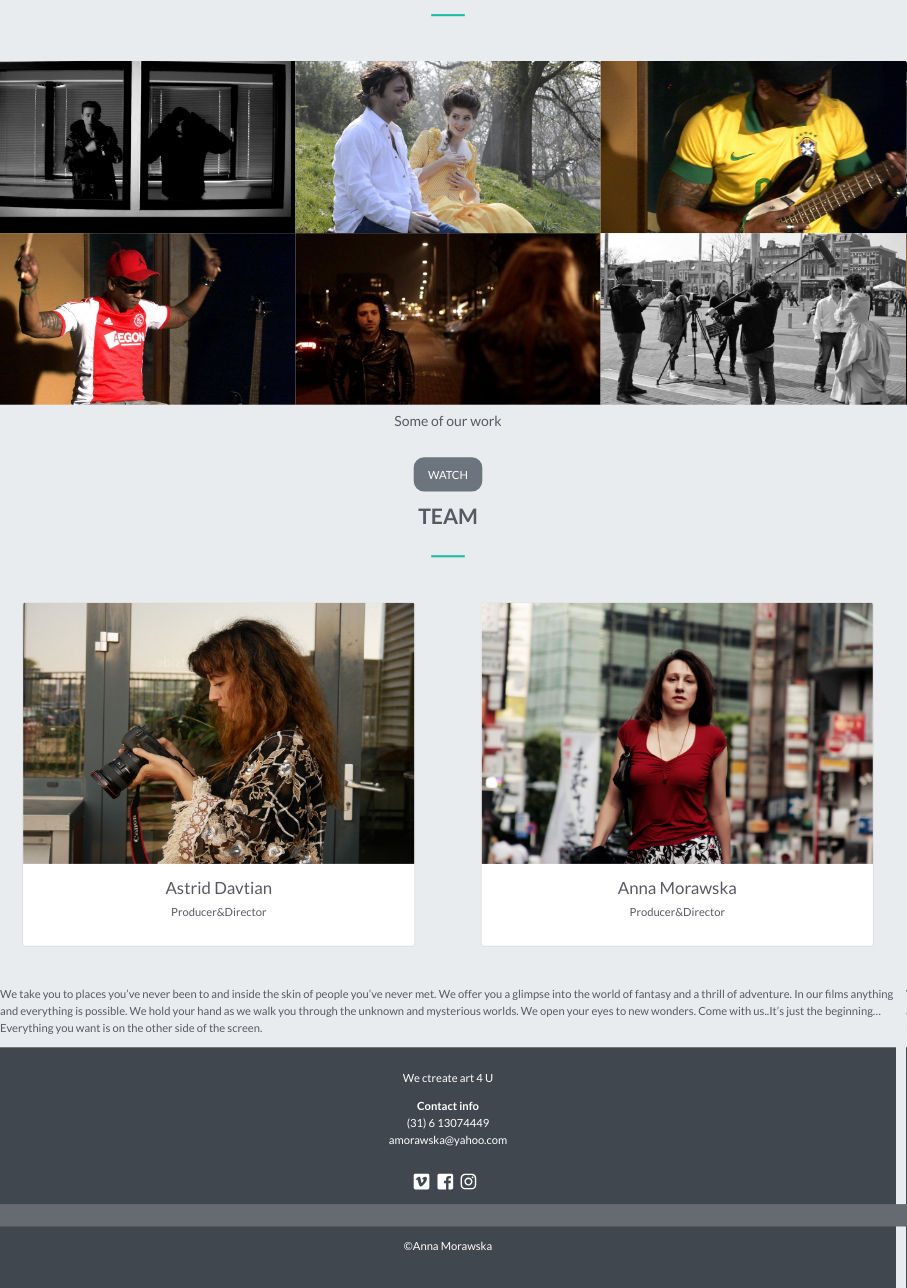
Repository: amorawskanew/My-first-website1
Page: index.html
The author's editor kept a record of every edit. The page is drawn from the files as they stood at one moment, then again after the next edit.
The browser window is 1280 px wide. The page is 1295 px wide, so the pictures cover 1295 px, including what lies to the right of the window. The pictures show the part of the page from y = 823 to 2703 px (the page is 2663 px tall before and 2703 px after), at 70% of full size.
Some web fonts or font styles are not loaded; a fallback is used. Some web libraries are served in a nearby version.

Above is the page before.

### index.html
<!DOCTYPE html>
<html lang="en">

<head>
  <meta charset="UTF-8">
  <meta name="viewport" content="width=device-width, initial-scale=1.0">
  <meta http-equiv="X-UA-Compatible" content="ie=edge">
  <link rel="stylesheet" href="https://maxcdn.bootstrapcdn.com/bootstrap/4.2.1/css/bootstrap.min.css" type="text/css" />
  <link rel="stylesheet" href="https://maxcdn.bootstrapcdn.com/font-awesome/4.7.0/css/font-awesome.min.css" type="text/css" />

  <link rel="stylesheet" href="style.css">
  <link rel="stylesheet" href="css/fixed.css">
</head>

<body data-spy="scroll" data-target="#navbarResponsive">

  <!--start home section-->

  <div id="home">

    <!--Navigation-->

    <nav class="navbar navbar-expand-md navbar-dark bg-dark fixed-top">

      <p>A&A</p>
      <button class="navbar-toggler" type="button" data-toggle="collapse" data-target="#navbarResponsive">
     <span class="navbar-toggler-icon"></span>
 </button>

      <div class="collapse navbar-collapse" id="navbarResponsive">
        <ul class="navbar-nav ml-auto">
          <li class="nav-item">
            <a class="nav-link" href="#home">Home</a>
          </li>
          <li class="nav-item">
            <a class="nav-link" href="#portfolio">Portfolio</a>
          </li>
          <li class="nav-item">
            <a class="nav-link" href="#team">Team</a>
          </li>
          <li class="nav-item">
            <a class="nav-link" href="#contact">Contact</a>
          </li>
        </ul>
      </div>
    </nav>




    <!--start image slider-->
    <div id="carouselExampleIndicators" class="carousel slide" data-ride="carousel" data-interval="7000">
      <ol class="carousel-indicators">
        <li data-target="#carouselExampleIndicators" data-slide-to="0" class="active"></li>
        <li data-target="#carouselExampleIndicators" data-slide-to="1"></li>
        <li data-target="#carouselExampleIndicators" data-slide-to="2"></li>
      </ol>
      <div class="carousel-inner" role="listbox">
        <!--slide 1-->
        <div class="carousel-item active" style="background-image: url(img/Frame-2.jpg);" alt="img/img/Frame-2.jpg">
          <div class="carousel-caption text-center">
            <h1>We tell stories</h1>
            <a class="button btn-outline-light btn-lg" href="#portfolio"> See more</a>
          </div>
        </div>

        <!--slide 2-->
        <div class="carousel-item" style="background-image: url(img/FRAMe_3.jpg);" alt="img/FRAMe_3.jpg"></div>

        <!--slide 3-->
        <div class="carousel-item" style="background-image: url(img/W.Haarlem.shooting.jpg);" alt="img/W.Haarlem.shooting.jpg"></div>
      </div>

      <!--end carousel-inner-->

      <!--prev&next buttons-->

      <a class="carousel-control-prev" href="#carouselExampleIndicators" role="button" data-slide="prev">
    <span class="carousel-control-prev-icon" aria-hidden="true"></span>
    <span class="sr-only">Previous</span>
  </a>
      <a class="carousel-control-next" href="#carouselExampleIndicators" role="button" data-slide="next">
    <span class="carousel-control-next-icon" aria-hidden="true"></span>
    <span class="sr-only">Next</span>
  </a>
    </div>

    <!--end of image slider-->


  </div>


  <!--end home section-->


  <!--start PORTFOLIO SECTION-->

  <div id="portfolio" class="offset">

    <div class="jumbotron container-fluid">
      <h3 class="heading">Portfolio</h3>
      <div class="heading-underline"></div>
    </div>


    <div class="row no-padding">

      <div class="col-sm-4">
        <div class="portfolio>">
          <a href="img/W.Film Noir.jpg" target="_blank">
          <img src="img/W.Film Noir.jpg">
          </a>
        </div>
      </div>



      <div class="col-sm-4">
        <div class="portfolio>">
          <a href="img/W.Holoream.jpg" target="_blank">
          <img src="img/W.Holoream.jpg">
          </a>
        </div>
      </div>


      <div class="col-sm-4">
        <div class="portfolio>">

          <a href="img/W.Milan.jpg" target="_blank">
          <img src="img/W.Milan.jpg">
          </a>
        </div>
      </div>


      <div class="col-sm-4">
        <div class="portfolio>">
          <a href="img/W.Milan1.jpg" target="_blank">
          <img src="img/W.Milan1.jpg">
          </a>
        </div>
      </div>



      <div class="col-sm-4">
        <div class="portfolio>">
          <a href="img/W.Tommy.Video.jpg" target="_blank">
          <img src="img/W.Tommy.Video.jpg">
          </a>
        </div>
      </div>


      <div class="col-sm-4">
        <div class="portfolio>">
          <a href="img/W.PjDexEpZSQCEN6ft97mkTA_thumb_f36.jpg" target="_blank">
          <img src="img/W.PjDexEpZSQCEN6ft97mkTA_thumb_f36.jpg">
          </a>
        </div>
      </div>

    </div>

    <div class="narrow text-center">
      <div class="col-12">
        <p class="lead"> Some of our work</p>
        <a class="btn btn-secondary btn-md" href="https://vimeo.com/335774954" target="_blank">WATCH</a>

      </div>

    </div>


  </div>

  <!--end row->



    </div><!--end jumbotron-->



  <!--end portfolio section-->

  <!--start team section-->
  <div class=wrapper>
    <div id="team" class="offset">
      <div class="col-12 text-center">
        <h3 class="heading">Team</h3>
        <div class="heading-underline"></div>
      </div>
      <div class="row padding">
        <div class="col-md-6">
          <div class="card text-center">
            <img class="card-img-top" src="img/W.ASTRID.jpg">
            <div class="card-body">
              <h4>Astrid Davtian</h4>
              <p>Producer&Director</p>
            </div>
          </div>
        </div>

        <div class="col-md-6">
          <div class="card text-center">
            <img class="card-img-top" src="img/054.JPG ">
            <div class="card-body">
              <h4>Anna Morawska</h4>
              <p>Producer&Director</p>
            </div>
          </div>
        </div>

      </div>
      <!--end of row-->
    </div>
  </div>

  <!--end team section-->
<!--text-->
  <div>
   <br> <p>We take you to places you’ve never been to and inside the skin of people you’ve never met. We offer you a glimpse into the world of fantasy and a thrill of adventure.

    In our films anything and everything is possible. We hold your hand as we walk you through the unknown and mysterious worlds. We open your eyes to new wonders.
    Come with us..It’s just the beginning…Everything you want is on the other side of the screen.</p>
    </p>
  </div>

  <!--start contact section-->
  <footer>

    <div id="contact" class="offset"></div>
    <div class="row justify-content-center">
      <div class="col-md-5">
        <p> We ctreate art 4 U </p>
        <strong>Contact info</strong>
        <p>(31) 6 13074449<br>amorawska@yahoo.com</p>
        <a href="https://vimeo.com/manage/videos" target="_blank"><i class="fab fa-vimeo" aria-hidden="true"></i></a>
        <a href="https://www.facebook.com/anna.morawska" target="_blank"><i class="fab fa-facebook-square"></i></a>
        <a href="https://www.instagram.com/morawska690/" target="_blank"><i class="fab fa-instagram"></i></a>
      </div>
      <hr class="socket"> &copy;Anna Morawska

    </div>
    <!--end of row-->
  </footer>

  <!--end-->


  <script src=" https://use.fontawesome.com/releases/v5.6.1/js/all.js"></script>
  <script src="https://code.jquery.com/jquery-3.4.1.slim.min.js"></script>
  <script src="https://cdnjs.cloudflare.com/ajax/libs/popper.js/1.15.0/umd/popper.min.js"></script>
  <script src="https://stackpath.bootstrapcdn.com/bootstrap/4.3.1/js/bootstrap.min.js"></script>

</body>

</html>

### style.css
@import url('https://fonts.googleapis.com/css?family=Lato:400,700');
@import url('https://fonts.googleapis.com/css?family=Raleway,:300,400,500,700,900');
@import url('https://fonts.googleapis.com/css?family=Great+Vibes&display=swap |font-effect-fire-animation');

body {

    overflow-x: hidden;
    font-family: 'Lato', sans-serif;
    color: #585962;
     background-color:#e9ecef;
    width:100%;



}

.offset:before {
    height: 3.8rem;
    margin-top: -3.8rem;
    content: "";
    display: block;

}

/*Navbar style*/

.navbar {
    text-transform: uppercase;
    font-weight: 700;
    font-size: .9rem;
    background: rgba(0, 0, 0, .6);
    color:white;

}

.navbar-nav li {
    padding-right: .7rem;

}

.navbar-dark .navbar-nav .nav-link {

    color: white;
    padding-top: .8rem;
}

.navbar-dark .navbar-nav .nav-link .active,
.navbar-dark .navbar-nav .nav-link:hover {
    color: #f54295;
}

/*--slider--*/


.carousel-item {
    height: 100vh;
    background-size: cover;
    background-repeat: no-repeat;
    width:100%;

}

/*---remove it---*/
.carousel-caption h1{
    font-size:6rem;
    font-weight  :500;
     font-family: 'Great Vibes';
    color:white;
    text-align:center;
    background-color:no;
    margin-bottom:15rem;
    text-shadow:.1rem .1rem .5rem black;
}

/*---up to here--*/

.btn-lg {
    border-width: medium;
    border-radius: 10px;
    font-size: 1.1rem;
    text-transform: uppercase;
}


/*-----*/



.btn-md {
    border-width: medium;
    border-radius: 15px;
    padding: .6rem 1.1rem;
    text-transform: uppercase;
    margin: 1rem;
}

/* text above portfolio--*/

.jumbotron {
    border-radius: 0;
    padding: 3rem 0 2rem;
    margin-bottom:0;

}

 .heading  {
    font-size: 1.9rem;
    font-weight: 700;
    text-transform: uppercase;
    padding-bottom: 1.9rem;
    text-align: center;
}


.heading-underline {
    width: 3rem;
    height: .2rem;
    background-color: #1ebba3;
    margin: 0 auto 2rem;
}
/*--portfolio---*/


  .col-sm-4 img {

    transition:transform .5s ease;
    background-size: cover;
   max-width:100%;
    padding:0;
    margin:0;

}

.no-padding .col-sm-4
   {
        padding:0;
    }

.col-sm-4 img:hover {
      transform: scale(1.1);
      cursor: zoom-in;
  }
  .portfolio {
      overflow:hidden;

  }

   /*---text --some of our work --*/

  .lead{
      padding:.4rem;

  }

 .narrow-text-text: center  {

  }
      /*team----*/
      .card {
          margin: 2rem;

      }

      /*---contact--*/

    footer {
    text-align:center;
    background-color:#40474e;
    color:white;
    padding: 2rem 0 3rem;
    margin-top: 1rem;
    width:100%;

    }

    footer a {
        color:white;
    }

    footer svg.svg-inline--fa {
        font-size:1.6rem;
        margin: 1.2rem .5rem 0 0;
    }

    footer svg.svg-inline--fa:hover {
        color:#f54295;
    }

    hr.socket{
        border-top: 2rem solid #666b71;
        width:100%;
    }

     /*--media queries--*/

   @media (max-width:767px) {
   .btn-lg {
       font-size: 1.1rem;
   }
   .carousel-caption h1 {
    font-size:3rem;
    margin-bottom:15rem;

}

}

Loaded but not shown: css/fixed.css (no stored copy; drawn as an empty file)

After the next edit:
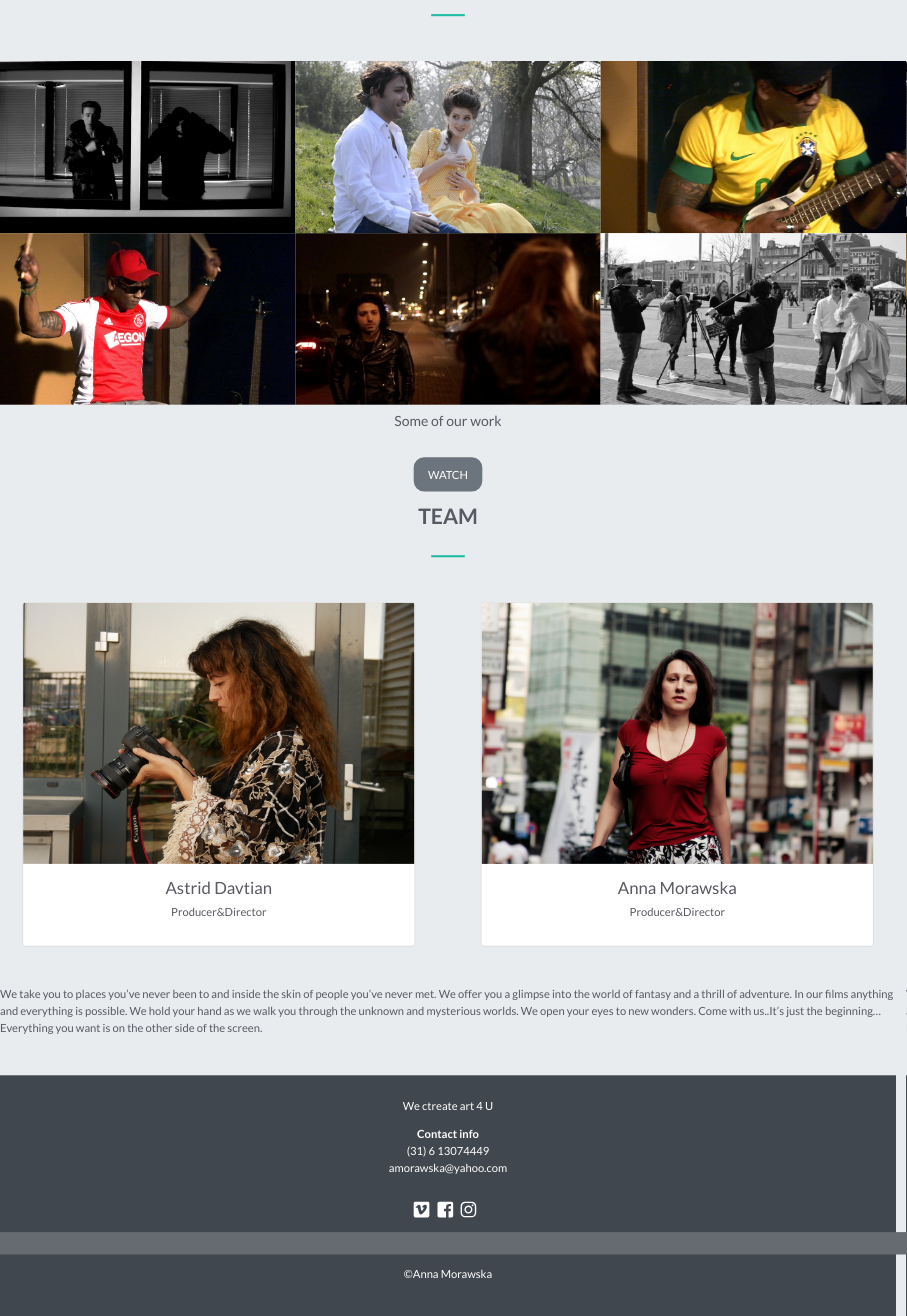
The edit:
--- a/index.html
+++ b/index.html
@@ -226,7 +226,7 @@
 
     In our films anything and everything is possible. We hold your hand as we walk you through the unknown and mysterious worlds. We open your eyes to new wonders.
     Come with us..It’s just the beginning…Everything you want is on the other side of the screen.</p>
-    </p>
+    </p><br>
   </div>
 
   <!--start contact section-->
